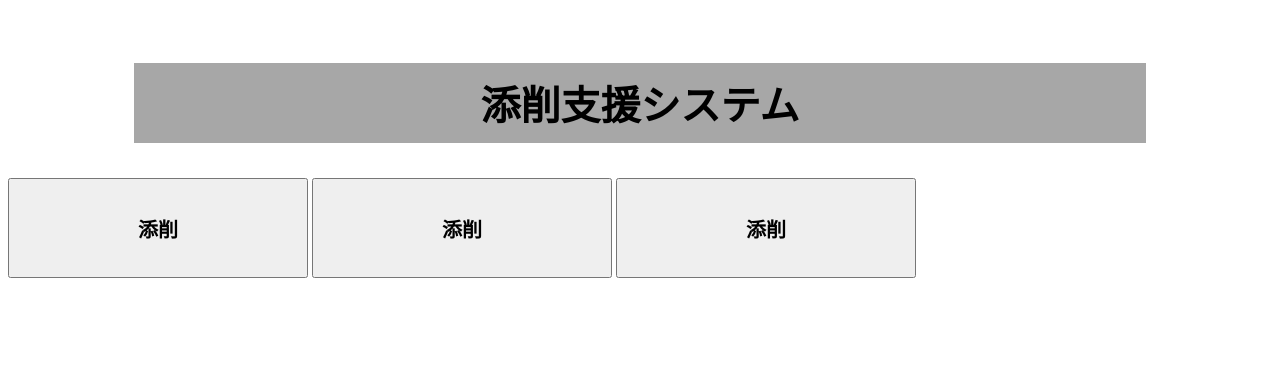
Repository: k-murakami18/canvas_v2
Page: Main.html
An editor plug-in stored every save of this project. The page is shown before and after the next save, followed by the edit.
The browser window is 1280 px wide. The pictures show the whole page.

Above is the page before, as saved 2021-01-04 19:52:35.

### Main.html
<!DOCTYPE html>
<html lang="en">

<head>
  <meta charset="UTF-8">
  <title>添削支援システム</title>
  <link rel="stylesheet" href="css/jquery-ui-1.8.16.custom.css" />
  <link rel="stylesheet" href="./style.css">
  <link rel="stylesheet" href="https://cdn.jsdelivr.net/npm/simplebar@latest/dist/simplebar.css">
  <script src="//cdnjs.cloudflare.com/ajax/libs/jspdf/1.3.3/jspdf.min.js"></script>
  <script src="js/jquery.1.6.4.min.js"></script>
  <script src="js/jquery-ui-1.8.16.custom.min.js"></script>
  <script type="text/javascript" src="./dist/fabric.js"></script>
  <script type="text/javascript" src="./dist/fabric.min.js"></script>
</head>

<body>
  <!--タイトルとファイル選択-->
  <div class="title">
    <div class="title_container">
      <div style="float: left;">
        <h1 id="title" style="display:inline;">添削支援システム</h1>
      </div>
    </div>
  </div>
  <div style="clear:left;"></div>

  <button class="button" type="submit" name="name" onclick="location.href='index.html'">添削</button>
  <button class="button" type="submit" name="name" onclick="location.href='index.html'">添削</button>
  <button class="button" type="submit" name="name" onclick="location.href='index.html'">添削</button>

</body>

</html>

### style.css
/*タイトルコンテナ*/
.title_container{
  width: 80%;
  height: 80px;
  font-size: 20px;
  display: flex;
  background-color: #A7A7A7;
  justify-content: center; /*左右中央*/
  align-items: center; /*上下中央*/
  margin-top: 5%;
  margin-bottom: 5px;
  margin-left: auto;
  margin-right: auto;
}

/*ボタンコンテナ*/
.button_container{
  width: 50px;
  height: 602px;
  background-color: #DADADA;
  margin-bottom: 5px;
  margin-right: 5px;
}

/*各ボタンの設定*/
.btn-box,.btn_box{
  display: inline-block;
  widows: 25px;
  height: 25px;
  border: 1px black solid;
  padding: 2px;
  border-radius: 5px;
}
.btn_box_black{
  display: inline-block;
  widows: 25px;
  height: 25px;
  border: 1px white solid;
  padding: 2px;
  border-radius: 5px;
}
.select{
  margin-top: 10px;
  margin-left: 9px;
}
.aaa{
  margin-top: 0px;
  margin-left: 9px;
}
.margin{
  margin-top: 10px;
  margin-left: 9px;
}

/*ボタン枠線削除*/
input:focus {
	outline:0;
}

/*キャンバス*/
canvas {
	position: relative;
	border:1px solid #000;
}

/*保存履歴コンテナ*/
.history_container{
  height: 600px;
  width: 330px;
  background-color: whitesmoke;
  border: 1px solid black;
  margin-left: 10px;
}

/*保存履歴タイトル*/
#title_tmpList{
  margin-top: 2px;
  margin-left: 10px;
  margin-bottom: 2px;
  font-weight: bolder;
  text-align: center;
}
.subtitle_tmpList{
  margin-top: 3px;
  margin-bottom: 3px;
  font-weight: bolder;
  font-size: 13px;
  text-align: center;
}

/*「保存履歴」の下線*/
.hr{
  border-bottom: 1px solid black;
  width: 93%;
  margin-left: auto;
  margin-right: auto;
}
/*「ブックマーク」「添削保存」の下線*/
.hr2{
  border-bottom: 1px solid black;
  width: 83%;
  margin-left: auto;
  margin-right: auto;
}

#bookmark_viewpanel{
  height: 539px;
  width: 100px;
  background-color: whitesmoke;
  margin-top: 5px;
}

#normal_viewpanel{
  height: 539px;
  width: 190px;
  background-color: whitesmoke;
  margin-top: 5px;
}

#bookmark_tmp{
  border-right: 1px solid black;
}

.tmpImage{
  border: 1px solid black;
  margin-left: 10px;
}

#setColor li{
  display: inline-block;
  width: 25px;
  height: 25px;
  border:1px solid #000;
}

.button{
  width: 300px;
  height: 100px;
  font-size: 20px;
  font-weight: bold;
  margin-top: 30px;
}

Loaded but not shown: css/jquery-ui-1.8.16.custom.css (library); js/jquery.1.6.4.min.js (library); js/jquery-ui-1.8.16.custom.min.js (library); dist/fabric.js (library); dist/fabric.min.js (library)

After the next save:
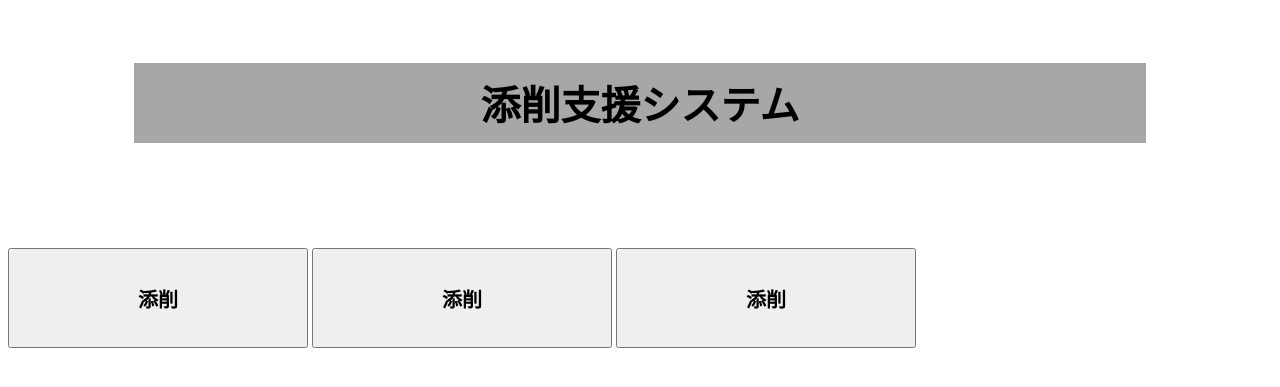
Saved 7 s later.
--- a/style.css
+++ b/style.css
@@ -138,5 +138,5 @@ canvas {
   height: 100px;
   font-size: 20px;
   font-weight: bold;
-  margin-top: 30px;
+  margin-top: 100px;
 }
